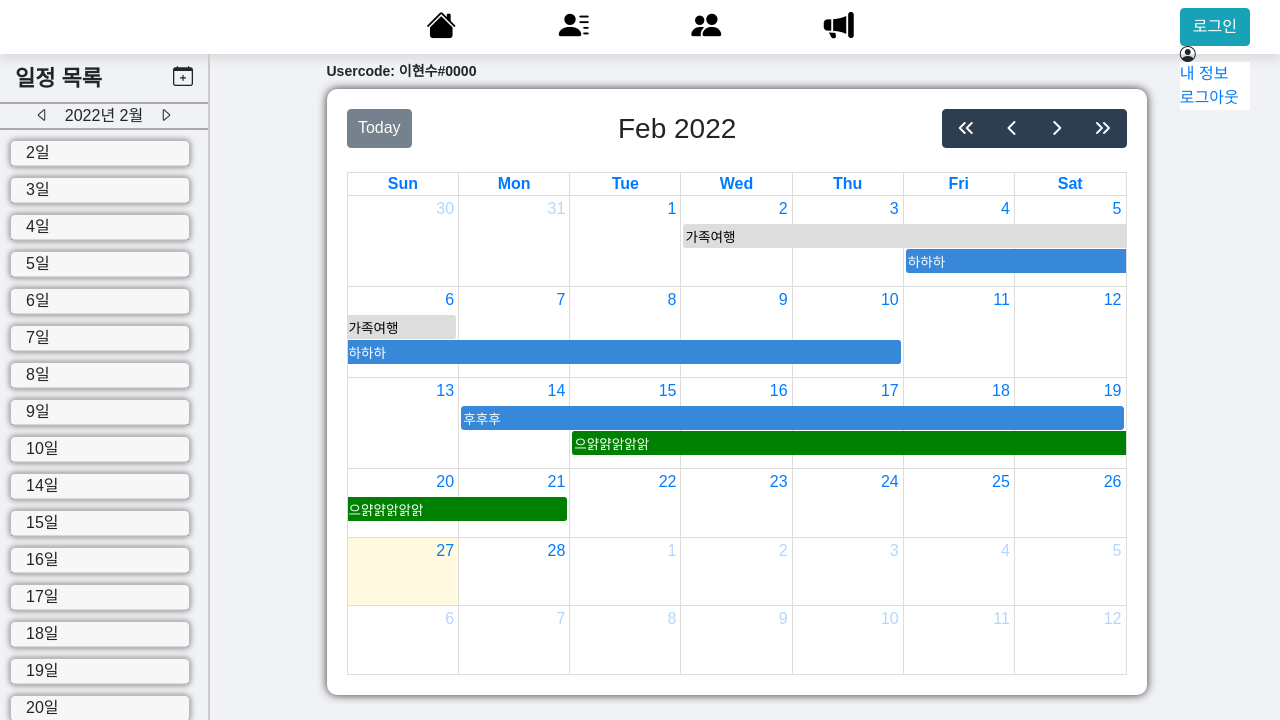
Repository: Hyeon330/Full_stack-code
Page: http://localhost/miniProject/
The author's editor kept a copy of each file at every save. The page is drawn from the files as they stood at one save, then again after the next save.
The browser window is 1280 px wide. The pictures show the whole page.
Some web fonts or font styles are not loaded; a fallback is used. The page is served by Tomcat 9. Other server files are loaded and not shown.

Above is the page before, as saved 2022-03-20 16:19:39.

### 주요과제/Spring/miniProject/src/main/webapp/WEB-INF/views/home.jsp
<%@ page language="java" contentType="text/html; charset=utf-8" pageEncoding="utf-8"%>
<style>
#sidebar{
	height: 100%;
	width: 210px;
	border-right: 2px solid #ccc;
	overflow: hidden;
}
#sideTitle{
	padding: 0 15px;
	border-bottom: 2px solid #aaa;
	height: 50px;
	line-height: 50px;
}
#sideTitle > span:first-child {
	font-size: 22px;
	font-weight: bold;
}
#sideTitle > span:last-child {
	cursor: pointer;
	font-size: 20px;
	position: relative;
	float: right;
	top: 12px;
}
#sideMonth{
	border-bottom: 2px solid #aaa;
	text-align: center;
}
#sideMonth > i {
	margin: 0 10px;
	cursor: pointer;
}
#sideMain {
	width: 100%;
	overflow-x: hidden;
}
#sideMain::-webkit-scrollbar {
  width: 10px;
}
#sideMain::-webkit-scrollbar-thumb {
  background-color: #aaa;
  border-radius: 100px;
}
#sideMain::-webkit-scrollbar-track {
  background-color: rgba(0, 0, 0, 0);
}
#listbox{
	width: 200px;
}

.dayList {
  width: 180px;
  margin: 10px auto;
  border-radius: 5px;
  border: 1px solid #bbb;
  box-shadow: 0px 0px 6px rgba(0, 0, 0, 0.5);
  background-color: white;
  cursor: pointer;
}
.dayList > .card-header {
  padding: 0 15px;
}
.eventList {
  margin: 0;
  padding: 0;
  border-radius: 0 0 5px 5px;
}
.eventList > li {
  padding: 0 15px;
  border-bottom: 1px solid #888;
  background-color: #3788d8;
  color: white;
}
.eventList > li:last-child {
  border-radius: 0 0 5px 5px;
}

/* mainContents.css */
#usercode {
  position: relative;
  line-height: 35px;
  height: 35px;
  font-size: 14px;
  font-weight: bold;
}
#contents {
  margin: 0 auto;
}
#calendar {
  height: inherit;
  padding: 20px;
  background-color: white;
  border-radius: 10px;
  box-shadow: 0px 0px 10px rgba(0, 0, 0, 0.8);
}

/* dialog */
.ui-dialog {
  width: 400px !important;
  border-radius: 10px;
  background-color: #eee;
  box-shadow: 0 0 10px rgba(0, 0, 0, 0.5);
}
.ui-dialog-titlebar {
  background-color: #fff;
  border-radius: 5px;
}
.ui-dialog ul {
  width: 220px;
  margin: 0 auto;
  background-color: #eee;
}
.ui-dialog ul > li {
  font-size: 14px;
  margin-top: 10px;
}
.ui-dialog ul > li > input:nth-child(1) {
  width: 220px;
  border-radius: 5px;
  border: 1px solid #bbb;
}
.ui-dialog ul > li > select {
  border: 1px solid #bbb;
  border-radius: 5px;
}
.ui-dialog ul > li > input:nth-child(2)[type="checkbox"] {
  position: relative;
  top: 2px;
  margin: 0 3px;
}
.ui-dialog ul > li > input:nth-child(2)[type="color"] {
  margin: 0 3px;
  height: 26px;
  width: 25px;
}
#dialog {
  padding: 5px 30px;
}
.ui-dialog-titlebar-close {
  display: none;
}
.ui-dialog-buttonset > button {
  font-size: 14px;
  border: 1px solid #bbb;
  border-radius: 5px;
}
.ui-dialog-buttonset > button:hover {
  background-color: #ddd;
}
.ui-dialog-buttonpane {
  border-radius: 5px;
}
</style>
<script type="text/javascript">
const resizeMain = () => {
	let headerHeight = Number($('#header').css('height').substring(0, $('#header').css('height').length-2));
    let sideTitleHeight = Number($('#sideTitle').css('height').substring(0, $('#sideTitle').css('height').length-2));
    let sideMonthHeight = Number($('#sideMonth').css('height').substring(0, $('#sideMonth').css('height').length-2));
    $('#sidebar').css('height', window.innerHeight-Number($('#header').css('height').substring(0, $('#header').css('height').length-2)));
    $('#sideMain').css('height', window.innerHeight-headerHeight-sideTitleHeight-sideMonthHeight);

    let sidebarWidth = Number($('#sidebar').css('width').substring(0, $('#sidebar').css('width').length-2));
    $('#contentsBack').css('height', window.innerHeight-headerHeight);
    $('#contentsBack').css('width', window.innerWidth-sidebarWidth-17);

    // let calwidth = screen.availWidth-sidebarWidth-380;
    let calwidth = window.innerWidth-sidebarWidth-250;
    $('#contents').css('height', window.innerHeight-headerHeight-60);
    $('#contents').css('width', calwidth);

    calendar.render();
}
//sidebar main 리스트 등록 함수
const setSideMain = () => {
    setEvent();
    let eventOfday = [];
    for(let i = 1; i<=31; i++){
        eventOfday[i] = [];
        for(let j = 0; j < event.length; j++){
            let start = Number(event[j].start.substring(8));
            let end = Number(event[j].end.substring(8)-1)
            if(i>=start && i<=end){
                eventOfday[i].push(event[j]);
            }
        }
    }
    let eventListHTML = "";
    for(let i = 1; i<=31; i++){
        if(eventOfday[i].length!=0){
            eventListHTML +=
            "<div class='dayList'>" +
            "<div class=\"card-header\" data-target=\"#list"+i+"\" data-toggle=\"collapse\">"+i+"일</div>"+
            "<div id=\"list"+i+"\" class=\"collapse\">" +
            "<ul class=\"eventList\">";

            for(let j = 0; j < eventOfday[i].length; j++){
                eventListHTML +=
                "<li style=\"background-color: "+eventOfday[i][j].color+"; color: "+eventOfday[i][j].textColor+"\">"+eventOfday[i][j].title+"</li>";
            }
            eventListHTML +="</ul></div></div>";
        }
    }
    document.querySelector('#listbox').innerHTML = eventListHTML;
}

const changeMonth = () => {
    $("#sideMonth>span").text(calendar.getDate().getFullYear()+"년 " + (calendar.getDate().getMonth() + 1) + "월");
    setSideMain();
};
const nextMonth = () => {
    calendar.next();
    changeMonth();
};
const prevMonth = () => {
    calendar.prev();
    changeMonth();
};

// set myCalendar

$(function(){
	// pageload
	changeMonth();
	resizeMain();

	// event
    // sidebar main change
    $(".fc-toolbar-chunk button").click(changeMonth);
    // reactive page
	$(window).resize(resizeMain);

	// 다이얼로그 오픈
    $('#dialogOpen').click(function() {
        $('#dialog').dialog('open');
    });

    // 다이얼로그값 전체 리셋 함수
    const dialogReset = () => {
        $("#event-title").val('');
        $("#start-date").val('');
        $("#end-date").val('');
        $('#repet').each(function() {
            $(this).find('option:first').attr('selected',true);
        });
        $('#public').prop('checked', false);
        $('#event-color').val('#3788D8');
        $("#place").val('');
        $("#memo").val('');
    };

    // 다이얼로그 세팅
    $('#dialog').dialog({
        autoOpen: false, // 실행시 자동열림
        modal: true,
        buttons: {
            등록: function(){
                // ajax 처리
                dialogReset();
                $("#dialog").dialog('close');
            },
            초기화: dialogReset,
            취소: function(){
                dialogReset();
                $("#dialog").dialog('close');
            }
        }
    });

    // DatePicker 세팅
    $('#start-date, #end-date').datepicker({
        dateFormat: 'yy-mm-dd',
        monthNames: ['1월', '2월', '3월', '4월', '5월', '6월', '7월', '8월', '9월', '10월', '11월', '12월'],
        monthNamesShort: ['1월', '2월', '3월', '4월', '5월', '6월', '7월', '8월', '9월', '10월', '11월', '12월'],
        dayNames: ['일', '월', '화', '수', '목', '금', '토'],
        dayNamesMin: ['일', '월', '화', '수', '목', '금', '토'],
        showMonthAfterYear: true,
        yearSuffix: '년'
    });
});
</script>
<div id="sidebar">
    <div id="sideTitle">
        <span>일정 목록</span>
        <span id="dialogOpen"><i class="bi bi-calendar-plus"></i></span>
    </div>
    <div id="sideMonth">
        <i class="bi bi-caret-left" onclick="prevMonth()"></i>
        <span>3</span>
        <i class="bi bi-caret-right" onclick="nextMonth()"></i>
    </div>
    <div id="sideMain">
        <div id="listbox">
        </div>
    </div>
</div>
<!-- 다이얼로그 창 -->
<div id="dialog" title="일정 등록">
    <ul>
        <li><input type="text" id="event-title" name="event-title"  placeholder="제목"></li>
        <li><input type="text" id="start-date" name="start-date" placeholder="시작날짜(년-월-일)"></li>
        <li><input type="text" id="end-date" name="end-date" placeholder="종료날짜(년-월-일)"></li>
        <li>
            <select name="repet" id="repet">
                <option value="N">반복안함</option>
                <option value="D">매일반복</option>
                <option value="W">매주반복</option>
                <option value="M">매달반복</option>
                <option value="Y">매년반복</option>
            </select>
        </li>
        <li><label for="public">Public</label><input type="checkbox" id="public" name="public"></li>
        <li><label for="event-color">이벤트 색상</label><input type="color" id="event-color" name="event-color" value="#3788D8"></li>
        <li><input type="text" id="place" name="place" placeholder="장소"></li>
        <li><input type="text" id="memo" name="memo" placeholder="메모"></li>
    </ul>
</div>

### 주요과제/Spring/miniProject/src/main/webapp/inc/top.jspf
<%@ page language="java" contentType="text/html; charset=utf-8" pageEncoding="utf-8"%>
<%@ taglib uri="http://java.sun.com/jsp/jstl/core" prefix="c" %>
<c:set var="url" value="<%=request.getContextPath() %>"/>
<html>
<head>
<meta charset="UTF-8">
<title>Insert title here</title>
	<!-- 부트스트랩4, 부트스트랩 icon CSS -->
	<link rel="stylesheet" href="https://cdn.jsdelivr.net/npm/bootstrap-icons@1.8.1/font/bootstrap-icons.css">
    <link rel="stylesheet" href="https://cdn.jsdelivr.net/npm/bootstrap@4.6.1/dist/css/bootstrap.min.css" integrity="sha384-zCbKRCUGaJDkqS1kPbPd7TveP5iyJE0EjAuZQTgFLD2ylzuqKfdKlfG/eSrtxUkn" crossorigin="anonymous">

    <!-- jquery, 플러그인 CDN -->
    <link rel="stylesheet" href="${url}/jquery-ui/jquery-ui.min.css">
    <script src="https://ajax.googleapis.com/ajax/libs/jquery/3.6.0/jquery.min.js"></script>
    <script src="${url}/jquery-ui/jquery-ui.min.js"></script>

    <!-- 부트스트랩4 JS -->
    <script src="https://cdn.jsdelivr.net/npm/bootstrap@4.6.1/dist/js/bootstrap.bundle.min.js" integrity="sha384-fQybjgWLrvvRgtW6bFlB7jaZrFsaBXjsOMm/tB9LTS58ONXgqbR9W8oWht/amnpF" crossorigin="anonymous"></script>

    <!-- 풀캘린더 API -->
	<link href='${url}/fullcalendar/main.css' rel='stylesheet' />
    <script src='${url}/fullcalendar/main.js'></script>

    <link rel="stylesheet" href="${url}/css/base.css" type="text/css">
    <link rel="stylesheet" href="${url}/css/header.css" type="text/css">

</head>
<body>
<div id="header">
	<div id="icons">
	    <a href="index.html" class="disableLink"><i class="bi bi-house-fill" title="Home"></i></a>
	    <a href="friends.html"><i class="bi bi-person-lines-fill" title="Friends"></i></a>
	    <a href="#"><i class="bi bi-people-fill" title="Group"></i></a>
	    <a href="#"><i class="bi bi-megaphone-fill" title="Announcement"></i></a>
	</div>
    <div id="info">
        <a id="login-btn" href="${url}/login" type="button" class="btn btn-info">로그인</a>
        <div>
            <div id="userinfo">
                <i class="bi bi-person-circle"></i>
            </div>
        </div>
        <div id="info_menu">
            <ul>
                <a href="#"><li>내 정보</li></a>
                <a href="#"><li>로그아웃</li></a>
            </ul>
        </div>
    </div>
</div>
<div id="main">

### 주요과제/Spring/miniProject/src/main/webapp/inc/main.jspf
<%@ page language="java" contentType="text/html; charset=utf-8" pageEncoding="utf-8"%>
<%@ taglib uri="http://java.sun.com/jsp/jstl/core" prefix="c" %>
<div id="contentsBack">
	<div id=contents>
		<div id='usercode'>Usercode: 이현수#0000</div>
		<div id='calendar'></div>
		<script src="${url}/js/myCalendar.js"></script>
	</div>
</div>
</div>
</body>
</html>

### 주요과제/Spring/miniProject/src/main/webapp/css/base.css
@charset "UTF-8";
@import url('https://fonts.googleapis.com/css2?family=Do+Hyeon&display=swap');
body, div, p, ul, li {
	margin: 0;
	padding: 0;
}
ul, li{
	list-style-type: none;
}
ul {
	background: #fff;
}
body {
	background-color: #f0f2f5;
	font-family: 'Do Hyeon', sans-serif;
}
#main > div{
	float: left;
}

### 주요과제/Spring/miniProject/src/main/webapp/css/header.css
@charset "UTF-8";
#header {
	background-color: #fff;
	height: 54px;
	box-shadow: 0px 5px 10px rgba(0,0,0,0.1);
}
#icons{
	display: flex;
	justify-content: space-around;
	width: 530px;
	height: 54px;
	margin: 0 auto;
}
#icons > *{
	font-size: 30px;
	margin-top: 10px;
}
#icons a, #icons a:link, #icons a:visited{
	color: black;
}
#icons a:hover{
	color: #888;
	text-decoration: none;
}
#info {
	position: absolute;
	top: 8px;
	right: 30px;
}

Loaded but not shown: 주요과제/Spring/miniProject/src/main/webapp/jquery-ui/jquery-ui.min.css (library); 주요과제/Spring/miniProject/src/main/webapp/jquery-ui/jquery-ui.min.js (library); 주요과제/Spring/miniProject/src/main/webapp/fullcalendar/main.js (library); 주요과제/Spring/miniProject/src/main/webapp/js/myCalendar.js (66 lines, source omitted); 주요과제/Spring/miniProject/src/main/webapp/fullcalendar/main.css (1494 lines, source omitted)

After the next save:
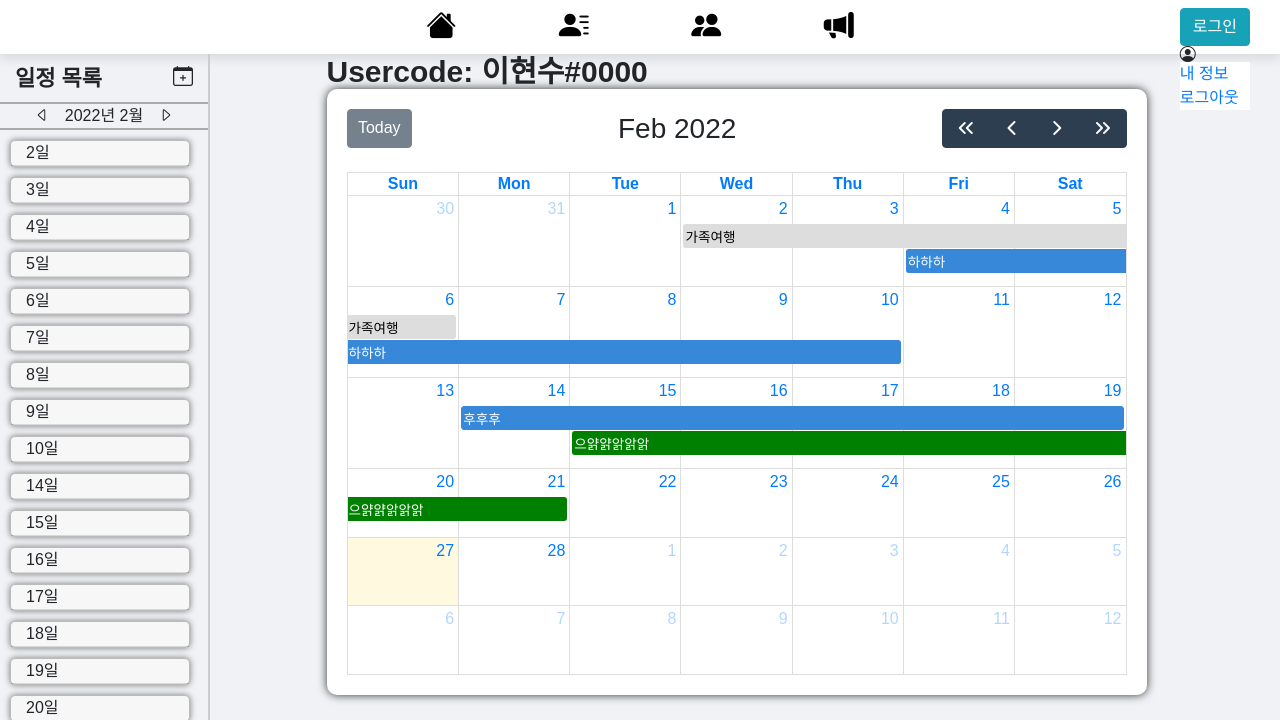
Saved 8 h 12 min later.
--- a/주요과제/Spring/miniProject/src/main/webapp/WEB-INF/views/home.jsp
+++ b/주요과제/Spring/miniProject/src/main/webapp/WEB-INF/views/home.jsp
@@ -81,7 +81,7 @@
   position: relative;
   line-height: 35px;
   height: 35px;
-  font-size: 14px;
+  font-size: 30px;
   font-weight: bold;
 }
 #contents {

After the save that followed:
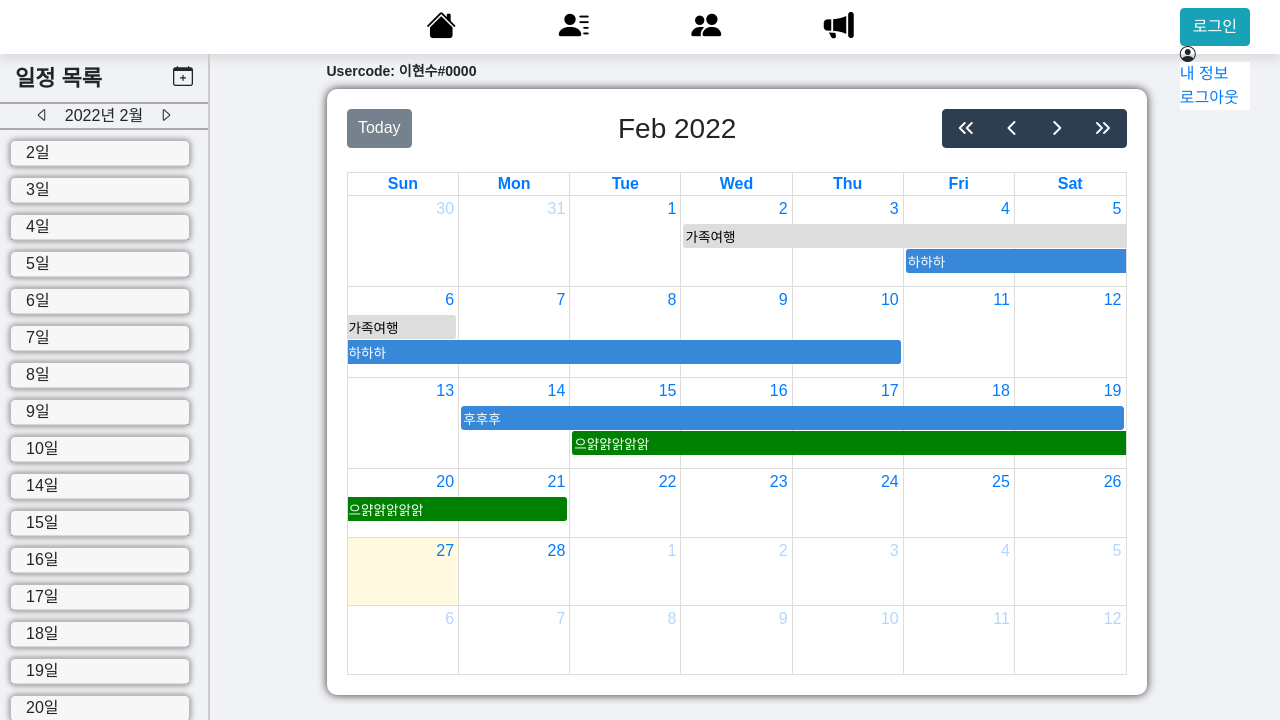
Saved 6 s later.
--- a/주요과제/Spring/miniProject/src/main/webapp/WEB-INF/views/home.jsp
+++ b/주요과제/Spring/miniProject/src/main/webapp/WEB-INF/views/home.jsp
@@ -81,7 +81,7 @@
   position: relative;
   line-height: 35px;
   height: 35px;
-  font-size: 30px;
+  font-size: 14px;
   font-weight: bold;
 }
 #contents {
